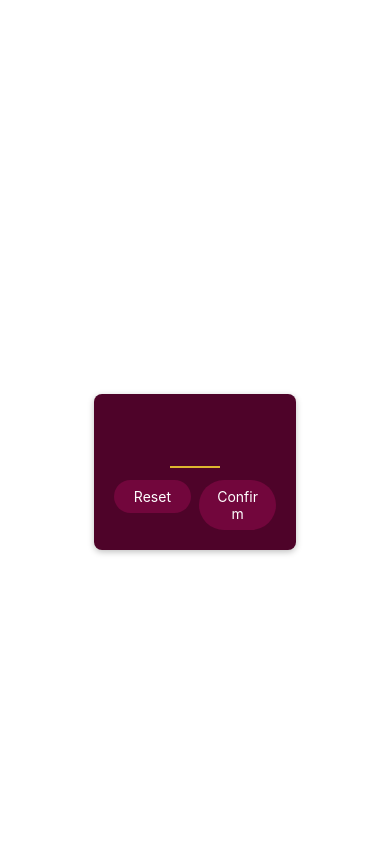
Repository: GarlicButterBoy/Number-Guessing-Game
Screen: /
An editor plug-in stored every save of this project. The screen is shown before and after a run of saves, followed by the edit.
The app was drawn by React Native's web renderer in a window 390 px wide. The project was rebuilt for these pictures with package versions that can differ from the ones it lists, and the page was loaded fresh each time.

Above is the screen before, as saved 2024-05-03 09:27:15.

After the next 2 saves:
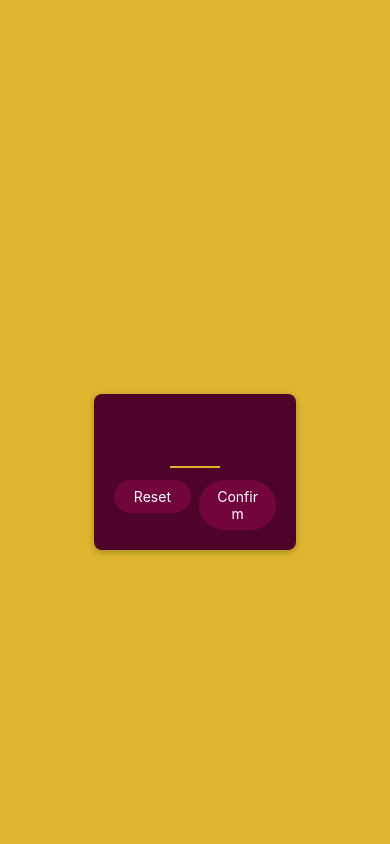
The 2 saves are shown as one change because they came seconds apart.
The last was saved 8 s later.
--- a/App.js
+++ b/App.js
@@ -12,7 +12,7 @@ export default function App() {
 const styles = StyleSheet.create({
   rootScreen: {
     flex: 1,
-    backgroundColor: "#fff",
+    backgroundColor: "#ddb52f",
     alignItems: "center",
     justifyContent: "center",
   },
